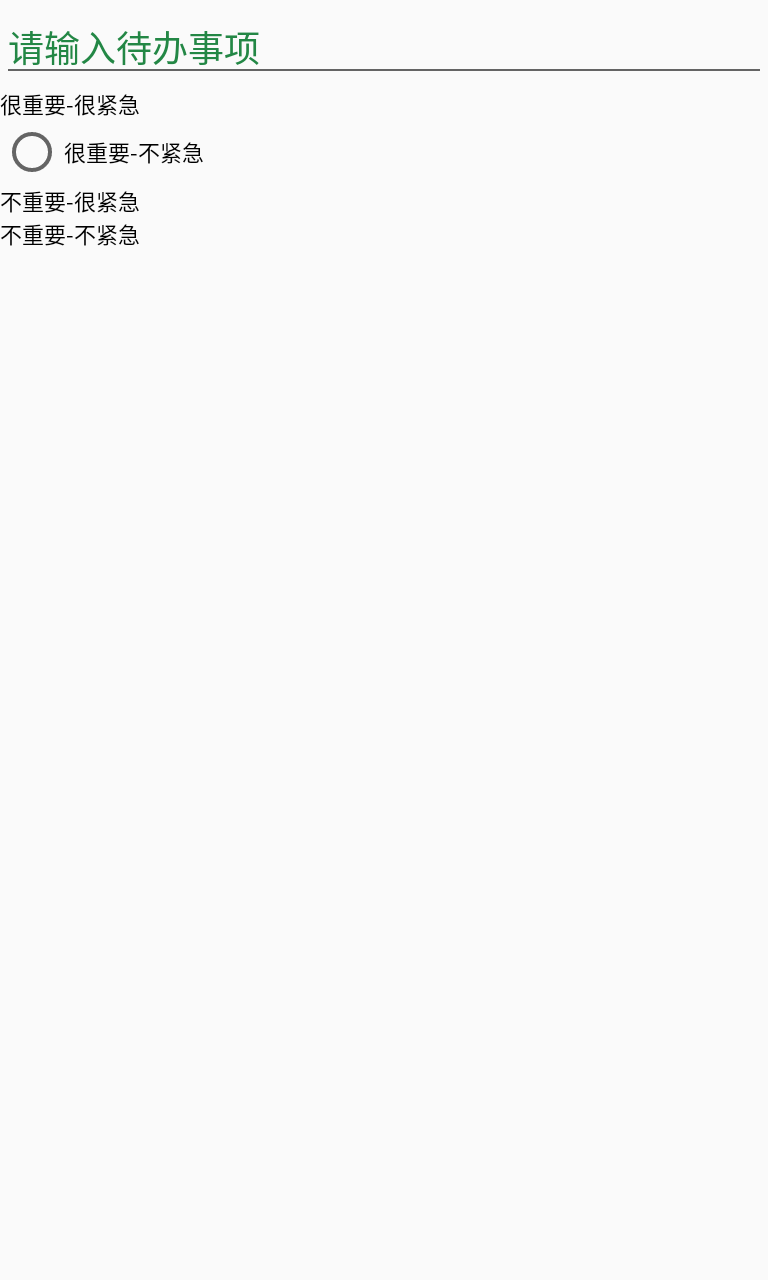
Repository: sh-zh-en/NBTodo
Layout: nbtodo/NBTodo/res/layout/addition_task_layout.xml
An editor plug-in stored every save of this project. The layout is shown before and after the next save, followed by the edit.
It is drawn on a 768 x 1280 px phone screen (xhdpi) without system bars, with theme AppTheme; the app's code is not run.

Above is the layout before, as saved 2015-02-05 23:03:22.

After the next save:
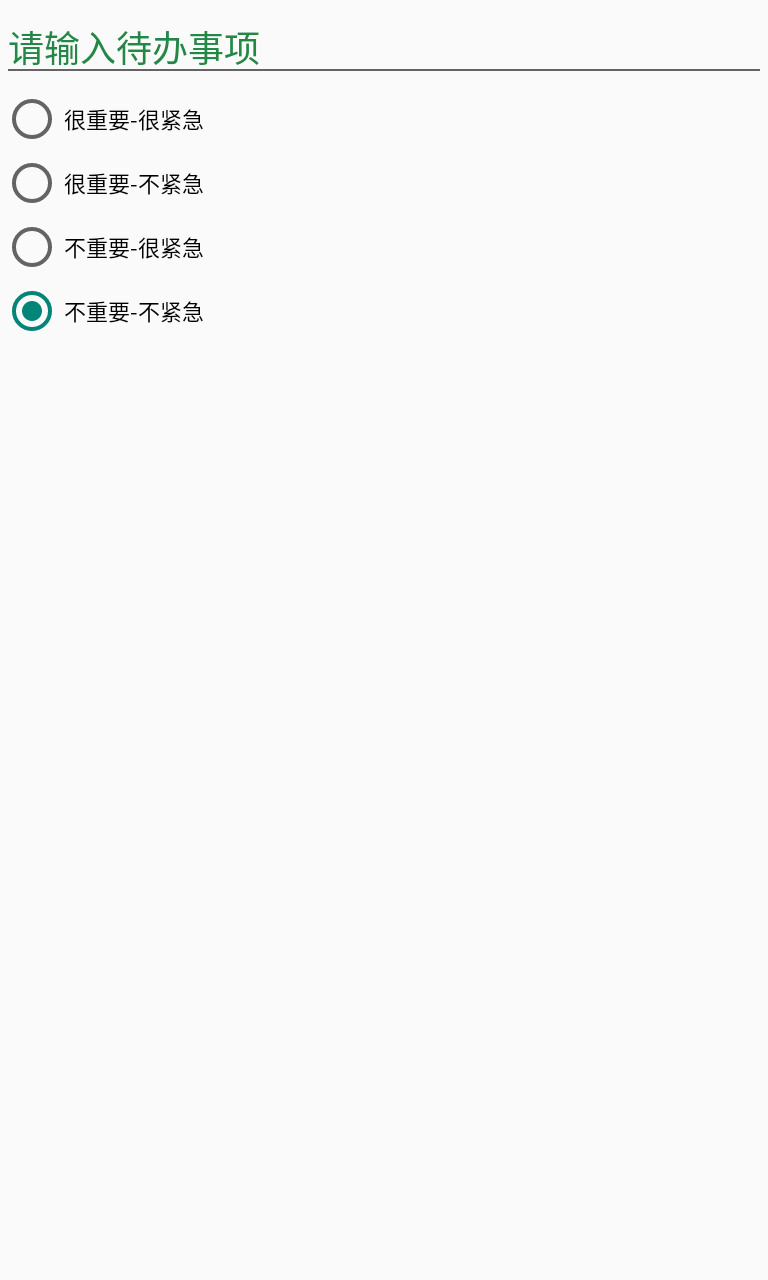
Saved 3 days later.
--- a/nbtodo/NBTodo/res/layout/addition_task_layout.xml
+++ b/nbtodo/NBTodo/res/layout/addition_task_layout.xml
@@ -19,58 +19,48 @@
         android:layout_height="wrap_content"
         android:orientation="vertical"
         android:layout_x="3px"   >
+
         <RadioButton
             android:id="@+id/radiobutton1"
             android:layout_width="wrap_content"
             android:layout_height="wrap_content"
-            android:text="@string/addition_task_layout_radiobutton01"
-            android:textSize="11.0sp"
-            android:textColor="@android:color/black"
-            android:gravity="center"
             android:layout_weight="1"
             android:checked="true"
-            android:button="@null"
+            android:gravity="center"
+            android:text="@string/addition_task_layout_radiobutton01"
+            android:textColor="@android:color/black"
+            android:textSize="11.0sp" />
 
-        />
         <RadioButton
             android:id="@+id/radiobutton2"
             android:layout_width="wrap_content"
             android:layout_height="wrap_content"
+            android:checked="true"
+            android:gravity="center"
             android:text="@string/addition_task_layout_radiobutton02"
-            android:textSize="11.0sp"
             android:textColor="@android:color/black"
-            android:gravity="center"
-            android:layout_weight="1"
-            android:checked="true"
+            android:textSize="11.0sp" />
 
-
-
-
-        />
         <RadioButton
             android:id="@+id/radiobutton3"
             android:layout_width="wrap_content"
             android:layout_height="wrap_content"
+            android:layout_weight="3"
+            android:gravity="center"
             android:text="@string/addition_task_layout_radiobutton03"
-            android:textSize="11.0sp"
             android:textColor="@android:color/black"
-            android:gravity="center"
-            android:layout_weight="3"
+            android:textSize="11.0sp" />
 
-            android:button="@null"
-        />
         <RadioButton
             android:id="@+id/radiobutton4"
             android:layout_width="wrap_content"
             android:layout_height="wrap_content"
+            android:checked="true"
+            android:gravity="center"
             android:text="@string/addition_task_layout_radiobutton04"
-            android:textSize="11.0sp"
             android:textColor="@android:color/black"
-            android:gravity="center"
+            android:textSize="11.0sp" />
 
-            android:checked="true"
-            android:button="@null"
-        />
     </RadioGroup>
 
 
